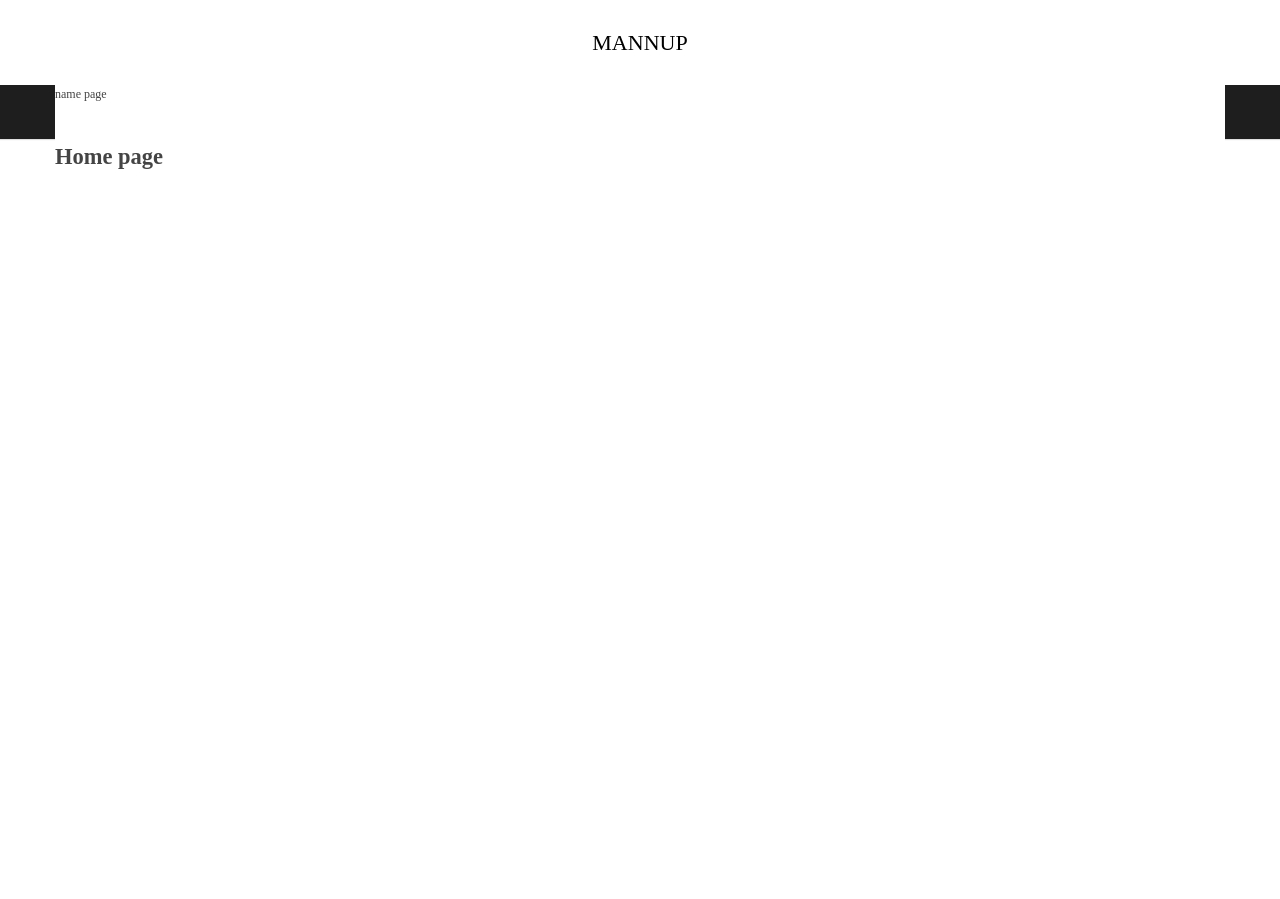
Repository: SyLe-Van/Make-Colorful
Page: /
An editor plug-in stored every save of this project. The page is shown before and after the next save, followed by the edit.
The browser window is 1280 px wide. The pictures show the whole page.
Some web fonts or font styles are not loaded; a fallback is used. The project was rebuilt for these pictures with package versions that can differ from the ones it lists, and the page was loaded fresh each time. Also part of the build but not shown: src/pages/cinema/index.js, src/pages/fashion/index.js, src/pages/grooming/index.js, src/pages/lifestyle/index.js, src/pages/contact/index.js.

Above is the page before, as saved 2023-10-10 22:03:57.

After the next save:
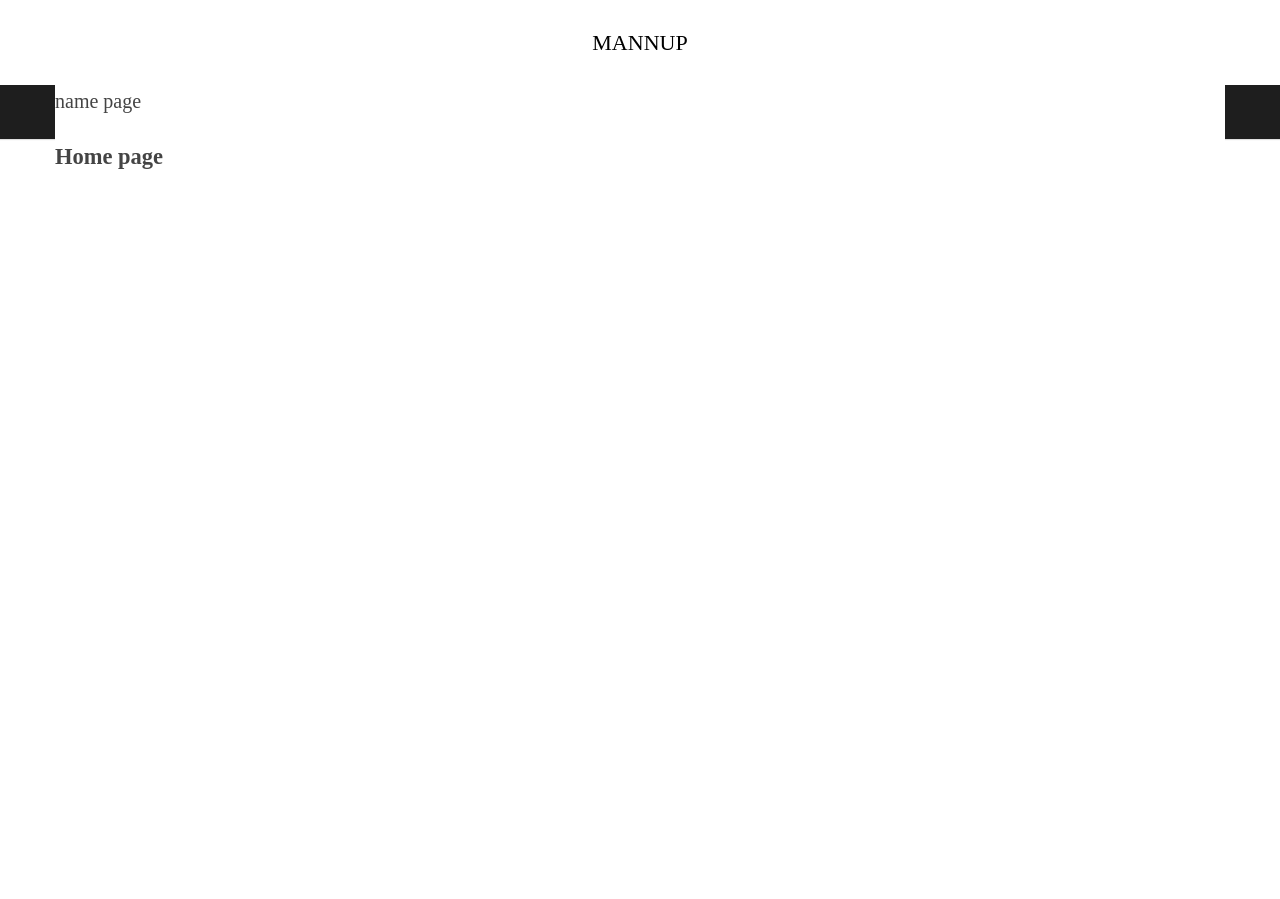
Saved 27 s later.
--- a/src/components/Layout/DefaultLayout/Sidebar/Sidebar.module.scss
+++ b/src/components/Layout/DefaultLayout/Sidebar/Sidebar.module.scss
@@ -11,5 +11,5 @@
     width: 1170px;
     display: flex;
     background-color: #ffffff;
-    font-size: 12px;
+    font-size: 20px;
 }
